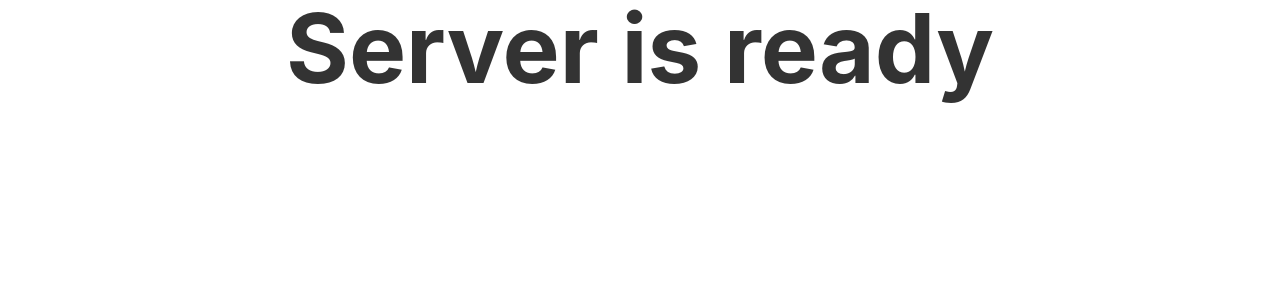
Repository: Devloper-solaiman/University-Of-Dhaka
Page: /
These files come from the project's save history. The page is drawn as it stood at one moment and after the next save; the edit follows.
The browser window is 1280 px wide. The pictures show the whole page.
The project was rebuilt for these pictures with package versions that can differ from the ones it lists, and the page was loaded fresh each time.

Above is the page before, as saved 2023-02-14 09:41:16.

### src/App.js
import logo from './logo.svg';
import './App.css';

function App() {
  return (
    <div className="App">
      <h1 className='text-8xl font-bold'>Server is ready</h1>
    </div>
  );
}

export default App;

Loaded but not shown: public/index.html (common file); src/index.js (common file); src/index.css (common file); src/reportWebVitals.js (common file); src/App.css (common file); tailwind.config.js (common file)

After the next save:
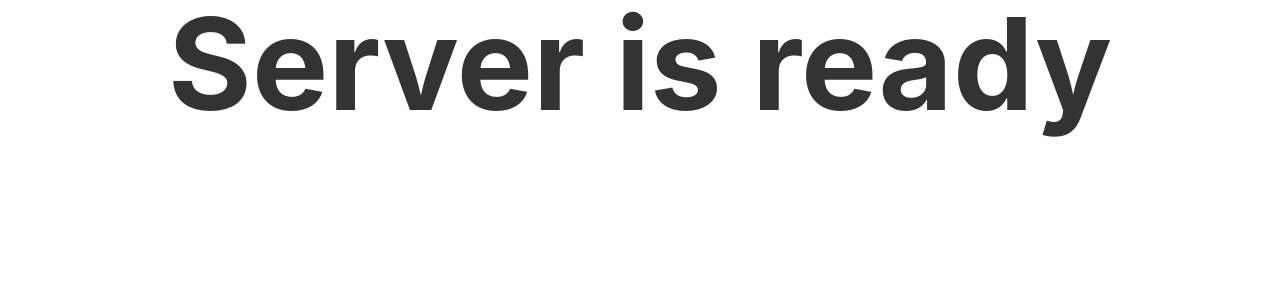
Saved 6 s later.
--- a/src/App.js
+++ b/src/App.js
@@ -4,7 +4,7 @@ import './App.css';
 function App() {
   return (
     <div className="App">
-      <h1 className='text-8xl font-bold'>Server is ready</h1>
+      <h1 className='text-9xl font-bold'>Server is ready</h1>
     </div>
   );
 }
